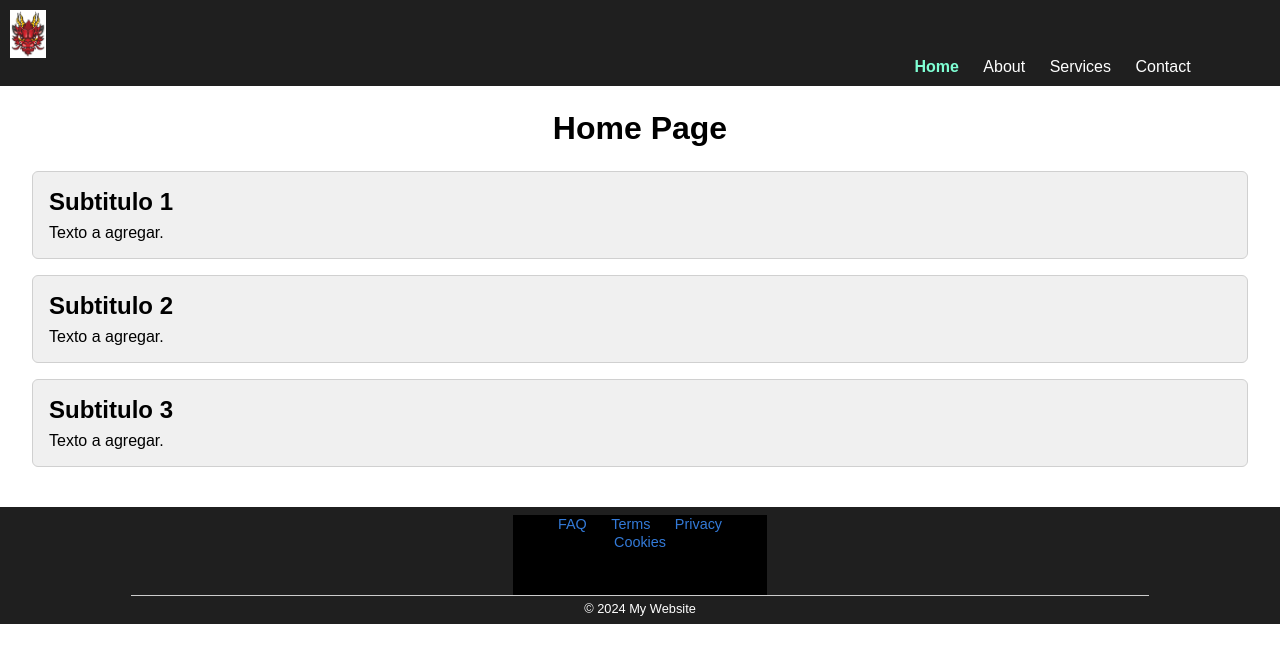
Repository: andreamm-lab/basic-navigation-example-2025-10
Page: index.html
The author's editor kept a copy of each file at every save. The page is drawn from the files as they stood at one save, then again after the next save.
The browser window is 1280 px wide. The pictures show the whole page.

Above is the page before, as saved 2025-11-06 19:51:50.

### index.html
<!DOCTYPE html>
<html lang="en">
<head>
    <meta charset="UTF-8">
    <meta name="viewport" content="width=device-width, initial-scale=1.0">
    <title>Basic Nav Example</title>
    <link rel="stylesheet" href="./main.css">
</head>
<body>
    <header>
        <!--Primary navigation-->
        <nav aria-label="Primary navigation">
            <a href="index.html">
                <img src="images/dragon.png" alt="Dragon logo">
            </a>
            <span class="spacer"></span>
            <!--<span class="spacer"></span> --Commeted to delete violet line-->
            <ul>
                <li><a href="index.html" class="current">Home</a></li>
                <li><a href="pages/about.html">About</a></li>
                <li><a href="pages/services.html">Services</a></li>
                <li><a href="pages/contact.html">Contact</a></li>
            </ul>
        </nav>
    </header>

    <main class="home-main">
        <h1 id="page-title">Home Page</h1>

        <div class="card-grid">
            <article class="card">
                <h2>Subtitulo 1</h2>
                <p>Texto a agregar.</p>
            </article>
            <article class="card">
                <h2>Subtitulo 2</h2>
                <p>Texto a agregar.</p>
            </article>
            <article class="card">
                <h2>Subtitulo 3</h2>
                <p>Texto a agregar.</p>
            </article>
        </div>
    </main>

    <!--Footer navigation-->
    <footer id="main-footer">
        <nav aria-label="Footer navigation">
            <ul>
                <li><a href="#">FAQ</a></li>
                <li><a href="#">Terms</a></li>
                <li><a href="#">Privacy</a></li>
                <li><a href="#">Cookies</a></li>
            </ul>
        </nav>
        <hr class="footer-line">
        <p>© 2024 My Website</p>
    </footer>
</body>
</html>

### main.css
/* 1.------------------------------------------------ General Setup ---------------------------------------------*/

* {
    box-sizing: border-box; /* How to calculate dimensiones */
    margin: 0; /* Distance beetween words */
    padding: 0; /* viñetas */
}

/* All Font Page */
body {
    font-family: Arial, Helvetica, sans-serif;
    background-color: #ffffff;
    color: #000;
}



/* 2.---------------------------------------- Header - Upper Menu - Encabezado ---------------------------------*/

/* background box and colors */
/* nav: means both header and footer */
nav {
    padding: 10px 10px;
    min-height: 80px;
    background-color: #1F1F1F;
}

/* Icon - Image */
nav img {
    max-height: 48px;
    background-color: white;
}

img {
    display: block;
}

/* Top Horizontal Menu */
/* Aligning calculation*/
.spacer {
    display: inline-block;
    width: calc(100% - 40px - 320px);
} /* If 0 first number: result left. If 100% results right */

/* Text Relation with image */
nav ul {
    list-style: none;
    display: inline-block;
    vertical-align: bottom;
}

/* Words Distribution */
nav ul li {
    display: inline-block; /* Horizontal */
    margin-right: 20px;
}

/* ask */
nav ul li:last-child {
    margin-right: 0;
}

nav ul li a {
    text-decoration: none
    ;
}

/* Word Colors depending their status */
/* Word clicked */
nav ul li a:link,
nav ul li a:visited {
    color: white;
}

/* Text color if we are in the current page*/
nav ul li a.current {
    color: aquamarine;
    font-weight: bold;
}

/* Mouse over the word */
nav ul li a:hover {
    color: rgb(92, 229, 0);
}


/*2.2: special part -------------------------------- Side Menu --------------------------------------------------*/


/* Side menu on Services */
.page {
    display: block;
}

.main-content {
    display: inline-block;
    width: 69%;
    vertical-align: top;
}

.side-nav {
    display: inline-block;
    width: 28%;
    background-color: #2a2a2a;
    color: #fff;
    margin-left: 1%;
    padding: 16px;
    min-height: 320px;
    border: 1px solid #000;
}

.side-nav h2 {
    margin-bottom: 12px;
}

.side-nav ul {
    list-style: none;
}

.side-nav ul li {
    margin-bottom: 8px;
    display: block;
}

.side-nav ul li a {
    color: #4bb4ff;
    text-decoration: none;
}

.side-nav ul li a:hover {
    text-decoration: underline;
}

/*3.--------------------------------------- Body - White Space for Content ---------------------------------------*/

/* Space size */
main {
    display: block;
    padding: 24px 32px;
    min-height: 400px;
}

/* Home Page Title */
#page-title {
    font-size: 2rem;
}

.home-main h1 {
    text-align: center;
    margin-bottom: 24px;
}

/* text cards */
.card-grid {
    display: block; /* vertical align */
}

.card {
    background-color: #f0f0f0;
    border: 1px solid #d0d0d0;
    border-radius: 6px;
    padding: 16px;
    margin-bottom: 16px;
}

.card h2 {
    margin-bottom: 8px;
}

/*4.-----------------------------------------------------Footer--------------------------------------------------- */

/* FAQ, Terms, etc. */




#main-footer nav ul {
    display: inline-block;
    list-style: none;
    margin-bottom: 0px; /* Distance between FAQ text and white line */
    padding: 0px;


}


#main-footer nav {
    width: 20%;
    margin: 0 auto;
    padding: 0px;
    background-color: black;


}


#main-footer nav ul li {
    display: inline-block;
    margin: 0 10px; /*Distance between words in footer: FAQ, Terms, etc. */

}

#main-footer nav ul li a {
    color: rgb(51, 122, 216); /* Text color */
    text-decoration: none;
    font-size: 0.9rem;
}

/* Line separation */

.footer-line {
  border: none;
  border-top: 1px solid #ccc;
  margin: 0px auto 5px;
  width: 80%;
}


/* Last Line Text: My Website */
#main-footer {
    background-color: #1F1F1F;
    color: rgb(255, 255, 255);
    text-align: center;
    padding: 8px 4px; /* 1st number: inferior margin | 2nd: weight and it affects the line also. */
}

#main-footer p {
    font-size: 0.8rem; /* Font size. 'P' is necessary because */
}

After the next save:
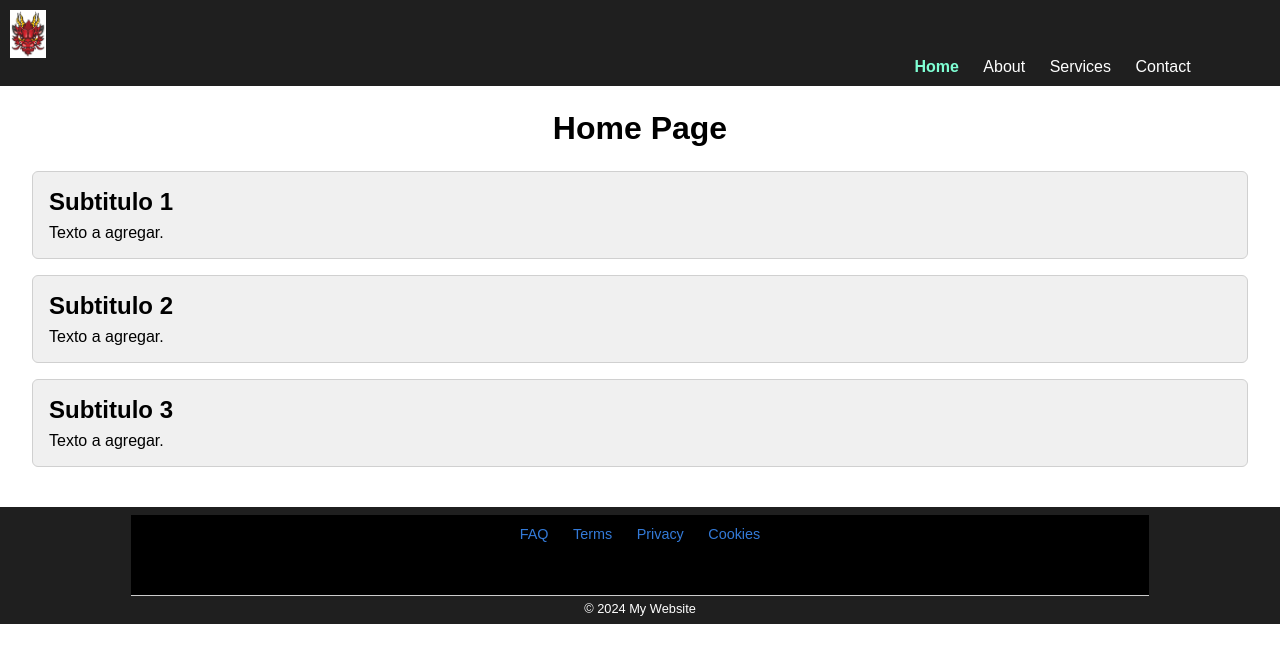
Saved 26 s later.
--- a/main.css
+++ b/main.css
@@ -185,9 +185,10 @@ main {
 
 
 #main-footer nav {
-    width: 20%;
+    width: 80%;
     margin: 0 auto;
-    padding: 0px;
+    padding: 10px;
+    height: min-content;
     background-color: black;
 
 
